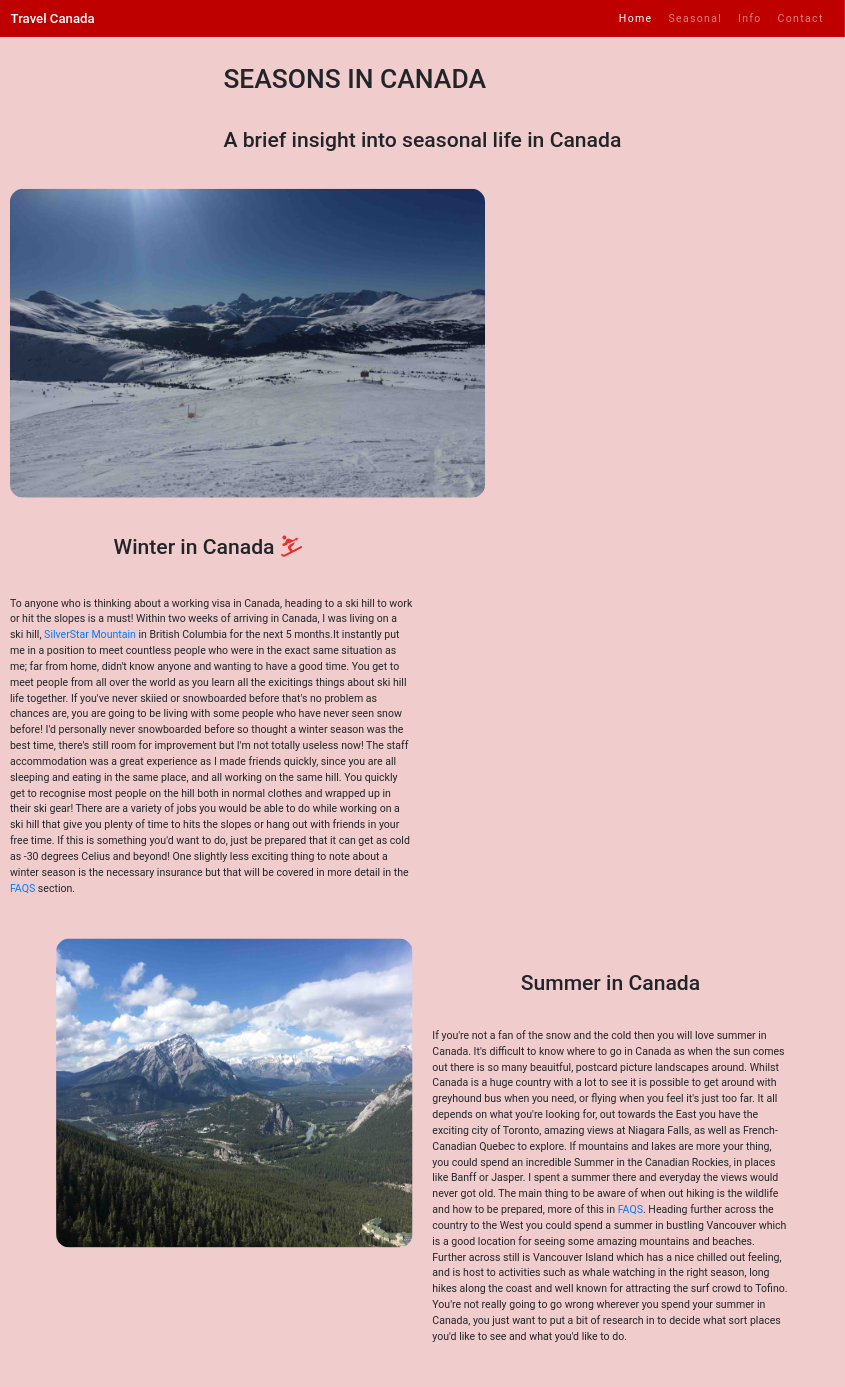
Repository: JonWil91/Travel-Canada
Page: seasonal.html
The author's editor kept a record of every edit. The page is drawn from the files as they stood at one moment, then again after the next edit.
The browser window is 1280 px wide. The pictures show the whole page, at 66% of full size.
Some web libraries are served in a nearby version.

Above is the page before.

After the next edit:
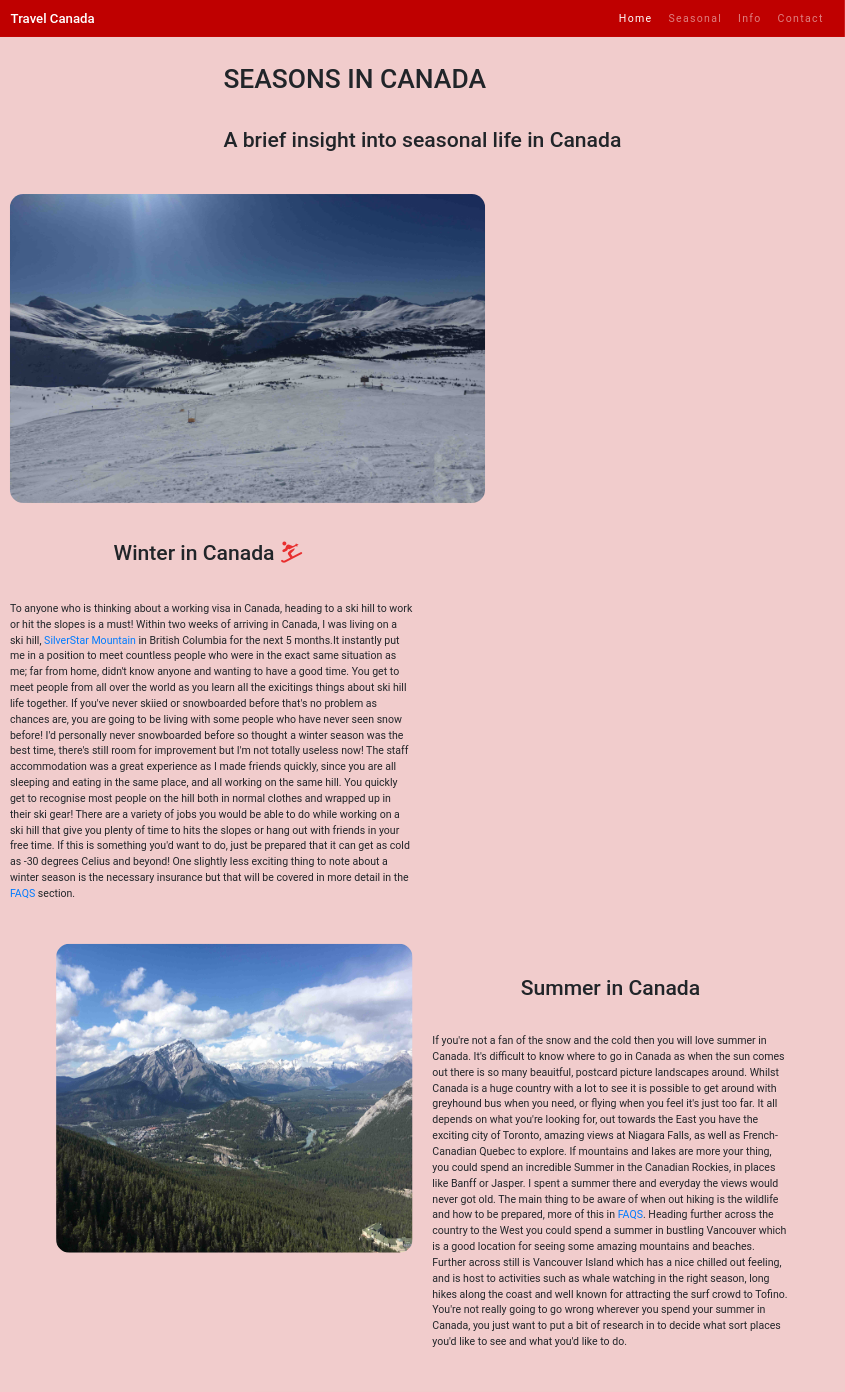
The edit:
--- a/seasonal.html
+++ b/seasonal.html
@@ -44,7 +44,7 @@
             <div class="row">
                 <div class="col-12">
                     <h1 class="text-uppercase my-5">Seasons in Canada</h1>
-                    <h2 class="container-subheading">A brief insight into seasonal life in Canada</p>
+                    <h2>A brief insight into seasonal life in Canada</p>
                 </div>
             </div>
         </div>
